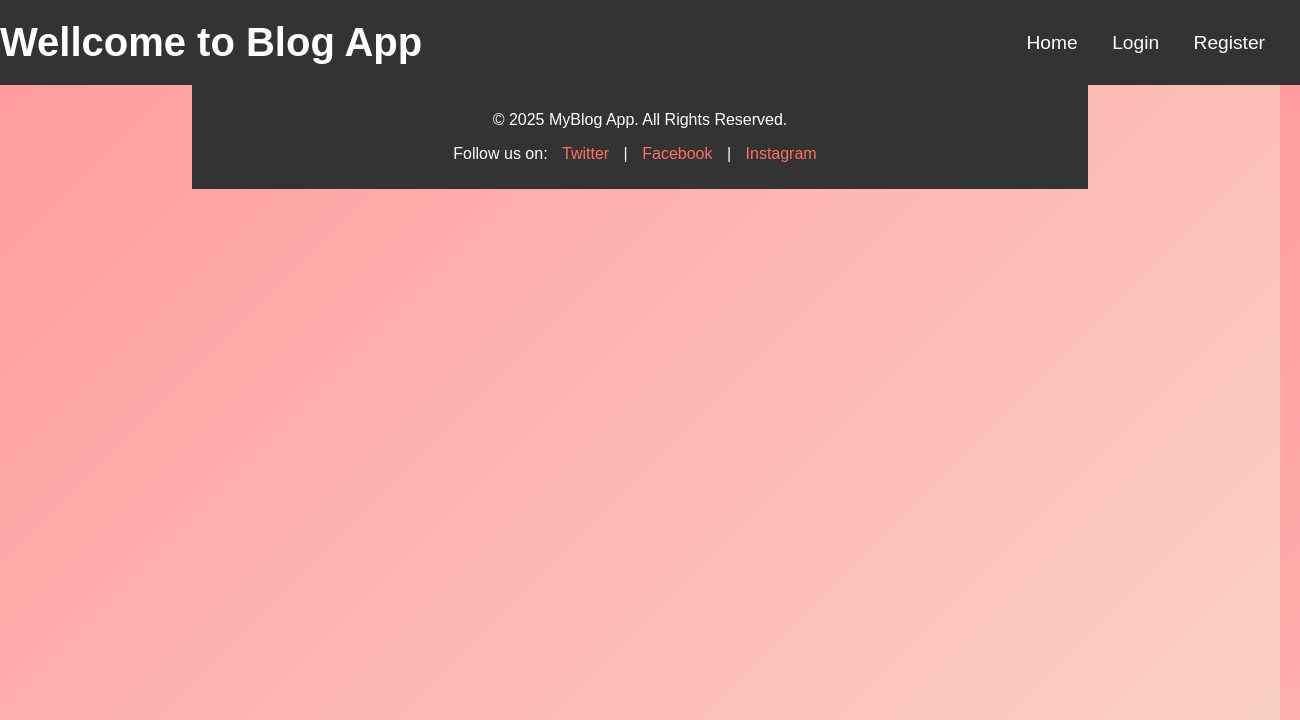
Repository: kapucuonur/blog_App
Page: posts/templates/posts/base.html
These files come from the project's save history. The page is drawn as it stood at one moment and after the next save; the edit follows.
The browser window is 1280 px wide. The page is 1300 px wide, so the pictures cover 1300 px, including what lies to the right of the window. The pictures show the whole page.
The template is drawn by Django 4.2. The application's start-up code is not run. Other server files are loaded and not shown. The template is opened directly, without the code that normally fills it, so the values that code supplies are empty.

Above is the page before, as saved 2025-01-28 13:33:10.

### posts/templates/posts/base.html
{% load static %}
<!DOCTYPE html>
<html lang="en">
<head>
    <meta charset="UTF-8">
    <meta name="viewport" content="width=device-width, initial-scale=1.0">
    <title>Blog App</title>
    <link rel="stylesheet" href="{% static 'css/styles.css' %}">
</head>
<body>
    <header>
        <h1> Wellcome to Blog App</h1>
        <nav>
            <a href="{% url 'index' %}">Home</a>
            {% if user.is_authenticated %}
                <a href="{% url 'logout' %}">Logout</a>
            {% else %}
                <a href="{% url 'login' %}">Login</a>
                <a href="{% url 'register' %}">Register</a>
            {% endif %}
        </nav>
    </header>


    <main>
        {% block content %}
        {% endblock %}
    </main>
</body>
<footer>
    <p>&copy; 2025 MyBlog App. All Rights Reserved.</p>
    <p>Follow us on:
        <a href="https://twitter.com" target="_blank">Twitter</a> |
        <a href="https://facebook.com" target="_blank">Facebook</a> |
        <a href="https://instagram.com" target="_blank">Instagram</a>
    </p>
</footer>
</html>

### static/css/styles.css
/* General styling */
body {
    font-family: Arial, sans-serif;
    margin: 0;
    padding: 0;
    display: flex;
    flex-direction: column;
    align-items: center;
    justify-content: flex-start;
    height: 100vh;
    background: linear-gradient(135deg, #ff9a9e, #fad0c4);
    animation: backgroundMove 5s infinite alternate;
    box-sizing: border-box;
}

@keyframes backgroundMove {
    from {
        background-position: 0% 50%;
    }
    to {
        background-position: 100% 50%;
    }
}

/* Header and Navigation */
header {
    width: 100%;
    background-color: #333;
    color: white;
    padding: 20px;
    display: flex;
    justify-content: space-between;
    align-items: center;
}

header h1 {
    margin: 0;
    font-size: 2.5rem;
}

nav a {
    color: white;
    margin: 0 15px;
    text-decoration: none;
    font-size: 1.2rem;
    transition: color 0.3s ease;
}

nav a:hover {
    color: #ff6f61;
}

/* Welcome message styling */
.welcome-message {
    text-align: center;
    margin-top: 30px;
    color: #444;
}

.welcome-message h2 {
    font-size: 2rem;
    color: #333;
}

.welcome-message p {
    font-size: 1.2rem;
    color: #555;
}

/* Posts container */
.posts-container {
    display: flex;
    justify-content: center;
    margin-top: 30px;
}

.posts {
    width: 70%;
    max-width: 800px;
}

.post {
    background-color: #fff;
    padding: 20px;
    margin-bottom: 20px;
    border-radius: 10px;
    box-shadow: 0 4px 15px rgba(0, 0, 0, 0.1);
}

.post h4 {
    margin: 0;
    font-size: 1.5rem;
    color: #333;
}

.post p {
    font-size: 1.2rem;
    color: #555;
}

.author {
    font-size: 1rem;
    color: #777;
    margin-top: 10px;
    font-style: italic;
}

/* Form styling */
form {
    background: #fff;
    padding: 30px;
    border-radius: 10px;
    box-shadow: 0 4px 15px rgba(0, 0, 0, 0.1);
    width: 300px;
    animation: slideDown 0.6s ease-in-out;
}

/* Heading inside the form */
form h2 {
    margin-bottom: 20px;
    color: #444;
    text-align: center;
    animation: fadeIn 1s ease-in-out;
}

/* Input styling */
form input {
    width: 100%;
    padding: 12px;
    margin-bottom: 20px;
    border: 1px solid #ccc;
    border-radius: 5px;
    font-size: 16px;
    box-shadow: inset 0 2px 5px rgba(0, 0, 0, 0.1);
    transition: border-color 0.3s ease, box-shadow 0.3s ease;
}

form input:focus {
    border-color: #ff6f61;
    box-shadow: 0 0 8px rgba(255, 111, 97, 0.5);
    outline: none;
}

/* Button styling */
form button {
    width: 100%;
    padding: 12px;
    background: #ff6f61;
    color: white;
    border: none;
    border-radius: 5px;
    font-size: 16px;
    font-weight: bold;
    cursor: pointer;
    transition: background 0.3s ease, transform 0.2s ease;
}

form button:hover {
    background: #e64c3c;
    transform: translateY(-2px);
}

/* Link styling */
form a {
    display: block;
    text-align: center;
    margin-top: 15px;
    text-decoration: none;
    color: #555;
    font-size: 14px;
    transition: color 0.3s ease;
}

form a:hover {
    color: #ff6f61;
}

/* Animations */
@keyframes slideDown {
    from {
        opacity: 0;
        transform: translateY(-20px);
    }
    to {
        opacity: 1;
        transform: translateY(0);
    }
}

@keyframes fadeIn {
    from {
        opacity: 0;
    }
    to {
        opacity: 1;
    }
}
/* Footer styling */
footer {
    width: 70%;
    background-color: #333;
    color: white;
    padding: 10px 0;
    text-align: center;
    font-size: 1rem;
    position: relative;
    bottom: 0;
    left: 0;
}

/* Footer links styling */
footer a {
    color: #ff6f61;
    text-decoration: none;
    margin: 0 10px;
    transition: color 0.3s ease;
}

/* Footer links hover effect */
footer a:hover {
    color: white;
}

After the next save:
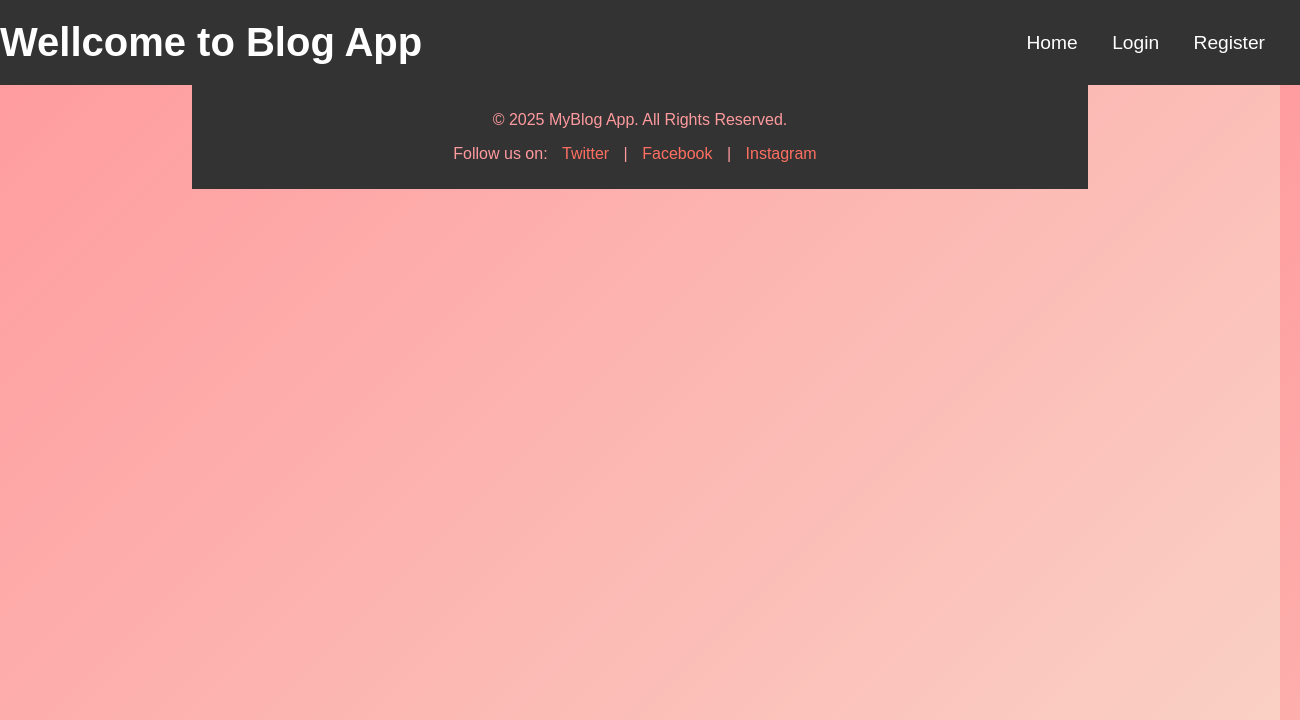
Saved 77 s later.
--- a/static/css/styles.css
+++ b/static/css/styles.css
@@ -199,7 +199,7 @@ form a:hover {
 footer {
     width: 70%;
     background-color: #333;
-    color: white;
+    color: #ff9a9e;
     padding: 10px 0;
     text-align: center;
     font-size: 1rem;
